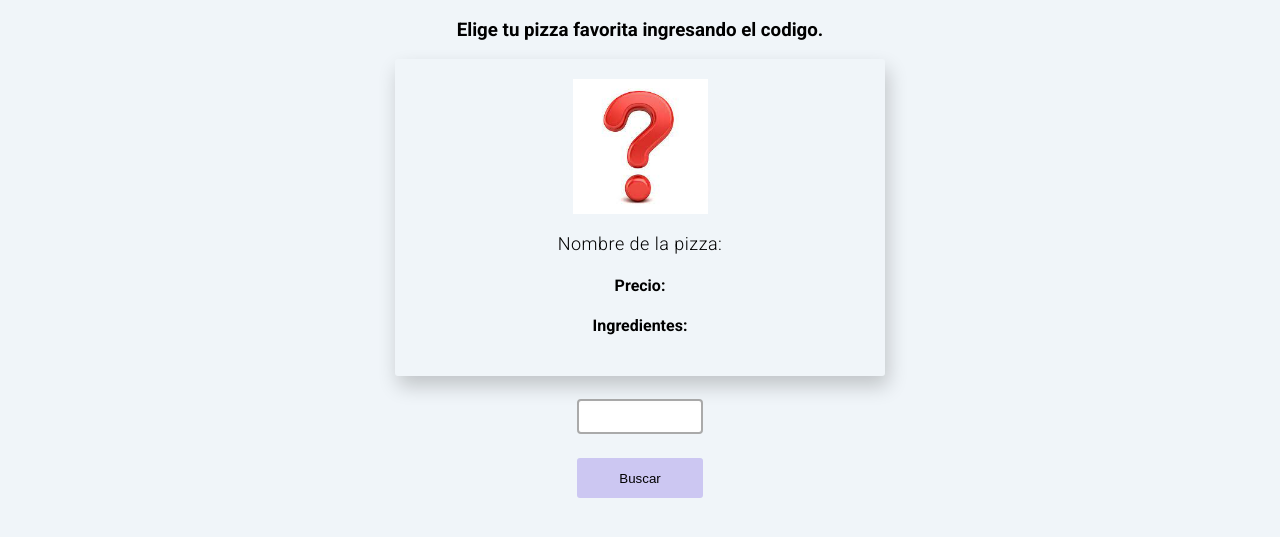
Repository: lucas-itup/E1-JAVASCRIPT
Page: index.html
The author's editor kept a copy of each file at every save. The page is drawn from the files as they stood at one save, then again after the next save.
The browser window is 1280 px wide. The pictures show the whole page.
Some web libraries are served in a nearby version.

Above is the page before, as saved 2022-09-27 23:16:53.

After the next save:
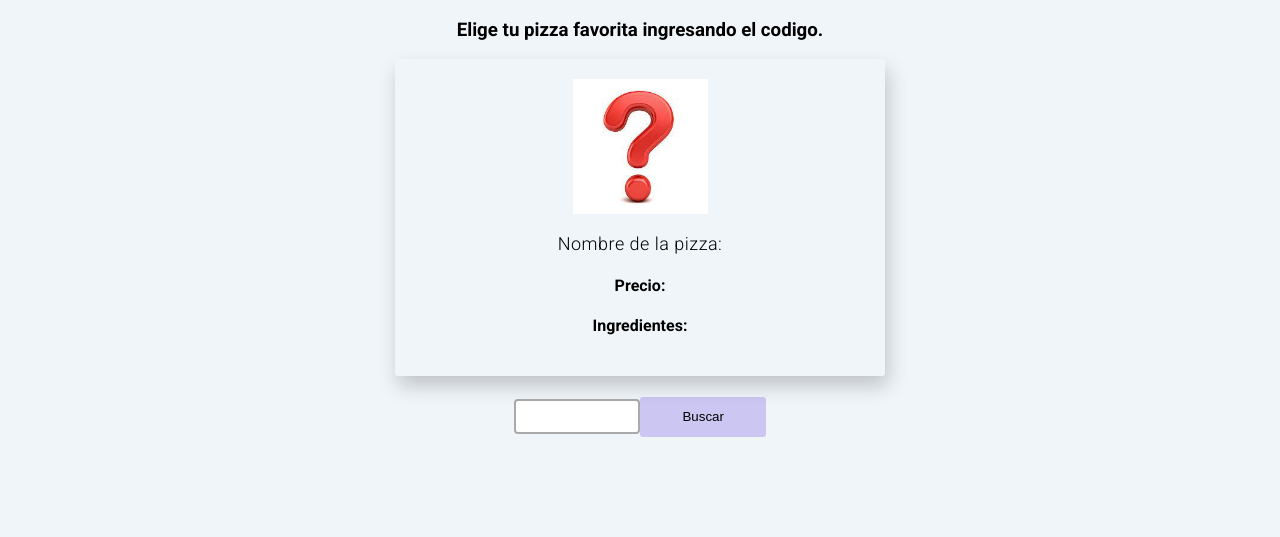
Saved 3 s later.
--- a/index.html
+++ b/index.html
@@ -24,7 +24,7 @@
                 </div>
             </div>
         </div>
-        <div>
+        <div id="container-search">
             <input type="number" value="" id="value-id">
             <p id="input-vacio"> </p>
             <button id="buscar-pizza" onclick="buscarPizza()" type="button">Buscar</button>
